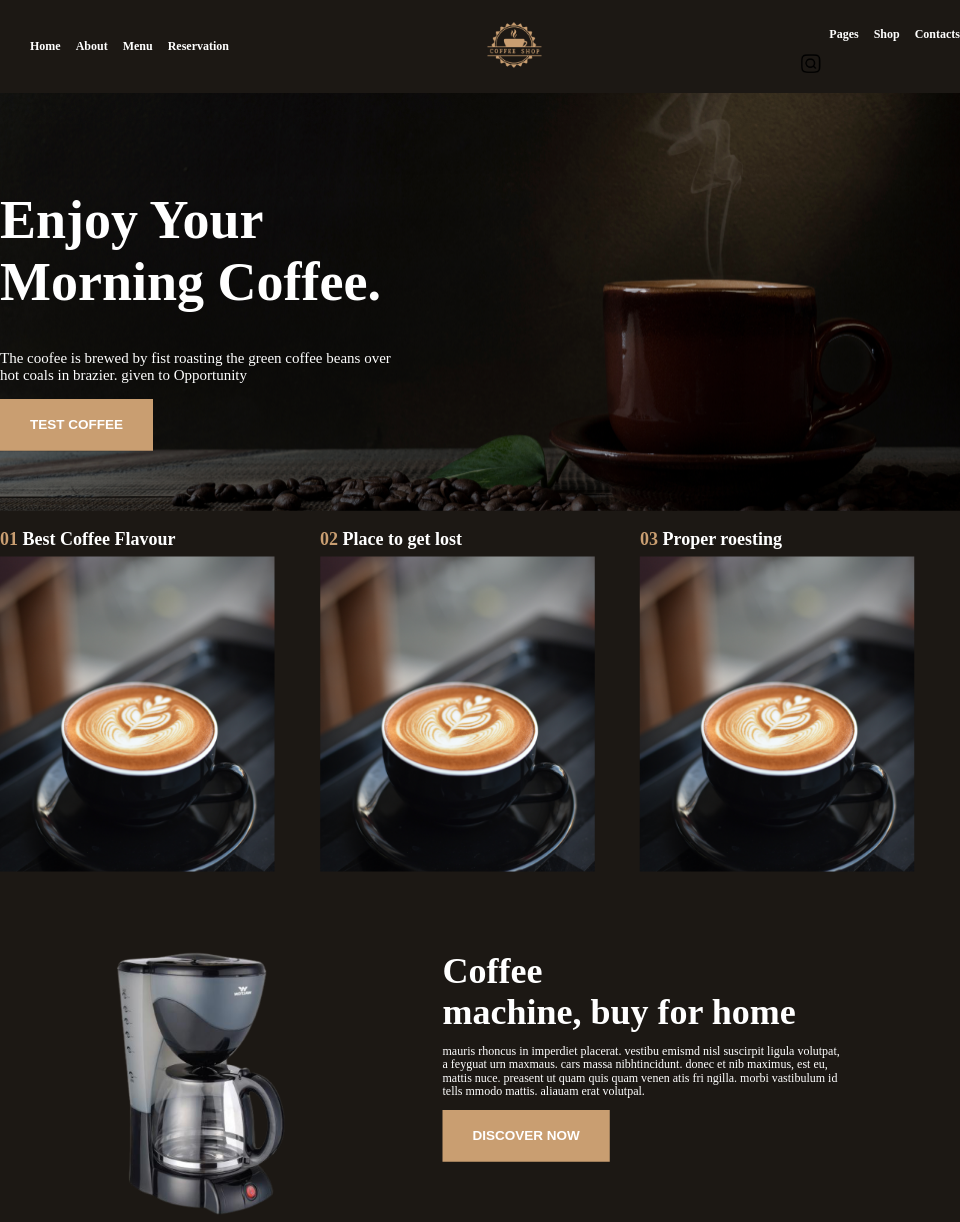
Repository: SitoraRashidova/CoffeShop_Figma
Page: /
The author's editor kept a copy of each file at every save. The page is drawn from the files as they stood at one save, then again after the next save.
The browser window is 1280 px wide. The pictures show the whole page, at 75% of full size.
The project was rebuilt for these pictures with package versions that can differ from the ones it lists, and the page was loaded fresh each time. Also part of the build but not shown: vite.config.js.

Above is the page before, as saved 2024-11-25 00:05:23.

### src/index.css
/* :root {
  font-family: Inter, system-ui, Avenir, Helvetica, Arial, sans-serif;
  line-height: 1.5;
  font-weight: 400;

  color-scheme: light dark;
  color: rgba(255, 255, 255, 0.87);
  background-color: #242424;

  font-synthesis: none;
  text-rendering: optimizeLegibility;
  -webkit-font-smoothing: antialiased;
  -moz-osx-font-smoothing: grayscale;
} */

body{
  margin: 0;
  background-color: #1C1814;
}

*{
  box-sizing: border-box;
}


.container {
  width: 100%;
  max-width: 1296px;
  margin: 0 auto;
}

/* Header uchun style */

.header{
  background-color: #1C1814;
  padding: 20px 0;
}

.header-wrapper{
  display: flex;
  align-items: center;
  justify-content: space-between;
}

.nav-list{
  display: flex;
  align-items: center;
  justify-content: space-between;
  gap: 20px;
}

.nav-list__item{
  list-style: none;
}

.nav-list__item-link{
  color: white;
  text-decoration: none;
  font-weight: 600;
}

.search-box__logo{
  width: 30px;
  height: 30px;
}

/* Hero uchun style */

.hero{
  width: 100%;
  height: auto;
  background-image: url('./assets/hero-logo.png');
  background-size: cover;
  background-repeat: no-repeat;
}

.hero-content{
  width: 100%;
  max-width: 529px;
  padding: 80px 0;
}

.hero-content__title{
  font-size: 72px;
  color: #fff;
}

.hero-content__desc{
  font-size: 20px;
  color: #fff;
}

.hero-btn{
  padding: 24px 40px;
  font-weight: 700;
  font-size: 18px;
  border: none;
  background-color: #C99E71;
  color: #fff;
}

/* type Coffee uchun style */

.type-coffee{
  display: grid;
  grid-template-columns: 1fr 1fr 1fr;
  margin-bottom: 100px;
}

.type-coffee__title{
   font-size: 24px;
   margin-bottom: 10px;
   color: #fff;
}

.type-coffee__title b{
  color: #C99E71;
}

.type-coffee_image{
  width: 366px;
  height: 420px;
}


/* DISCOWER */

.discower-wrapper{
  display: flex;
  justify-content: space-between;
  gap: 80px;
  width: 100%;
  max-width: 970px;
  margin: 0 auto;
}

.discower-wrapper h3{
  margin: 0 0 10px 0;
  font-size: 48px;
  color: white;
}

.discower-wrapper p{
  font-size: 16px;
  color: white;
}

.discover-card{
  width: 100%;
  max-width: 535px;
}

### src/App.jsx
import "./App.css";
import DiscowerCoffee from "./components/discower-coffee";
import Header from "./components/header";
import Hero from "./components/hero";
import TypeCofee from "./components/type-coffee";

function App() {
  return (
    <>
      <Header />
      <Hero />
      <TypeCofee />
      <DiscowerCoffee/>
    </>
  );
}

export default App;

### src/App.css
*{
  box-sizing: border-box;
}

/* Header uchun style */

.container {
  width: 100%;
  max-width: 1296px;
  margin: 0 auto;
}

### src/components/discower-coffee.tsx
import React from "react";
import BlenderImage from '../assets/blender.png'

const DiscowerCoffee = () => {
  return (
    <div className="container">
      <div className="discower-wrapper">
        <div>
          <img src={BlenderImage} alt="Coffee machine, buy for home" />
        </div>
        <div className="discover-card">
          <h3>Coffee <br /> machine, buy for home</h3>
          <p>
            mauris rhoncus in imperdiet placerat. vestibu emismd nisl suscirpit
            ligula volutpat, a feyguat urn maxmaus. cars massa nibhtincidunt.
            donec et nib maximus, est eu, mattis nuce. preasent ut quam quis
            quam venen atis fri ngilla. morbi vastibulum id tells mmodo mattis.
            aliauam erat volutpal.
          </p>
          <button className="hero-btn">DISCOVER NOW</button>
        </div>
      </div>
    </div>
  );
};

export default DiscowerCoffee;

### src/components/header.jsx
import Logo from "../assets/Logo.png";
import SearchLogo from '../assets/search-logo.png'

const Header = () => {
  return (
    <header className="header">
      <div className="container">
        <div className="header-wrapper">
          <nav>
            <ul className="nav-list">
              <li className="nav-list__item">
                <a className="nav-list__item-link" href="/home">
                  Home
                </a>
              </li>
              <li className="nav-list__item">
                <a className="nav-list__item-link" href="/about">
                  About
                </a>
              </li>
              <li className="nav-list__item">
                <a className="nav-list__item-link" href="/menu">
                  Menu
                </a>
              </li>
              <li className="nav-list__item">
                <a className="nav-list__item-link" href="/Reservation">
                  Reservation
                </a>
              </li>
            </ul>
          </nav>
          <div>
            <img src={Logo} alt="web site logo" />
          </div>
          <nav className="">
            <ul className="nav-list">
              <li className="nav-list__item">
                <a className="nav-list__item-link" href="/home">
                  Pages
                </a>
              </li>
              <li className="nav-list__item">
                <a className="nav-list__item-link" href="/about">
                  Shop
                </a>
              </li>
              <li className="nav-list__item">
                <a className="nav-list__item-link" href="/menu">
                  Contacts
                </a>
              </li>
            </ul>
            <div className="search-box">
            <img className="search-box__logo" src={SearchLogo} alt="" />
            </div>
          </nav>
        </div>
      </div>
    </header>
  );
};

export default Header;

### src/components/hero.jsx


const Hero = () => {
  return (
    <div className="hero">
        <div className="container">
           <div className="hero-content">
            <h1 className="hero-content__title">Enjoy Your
            Morning Coffee.</h1>
            <p className="hero-content__desc">The coofee is brewed by fist roasting the green coffee beans over hot coals in brazier. given to Opportunity</p>
            <button className="hero-btn">TEST COFFEE</button>
           </div>
        </div>
    </div>
  )
}

export default Hero

### src/components/type-coffee.jsx
import CoffeeImage from '../assets/coffee-one.png'


const TypeCofee = () => {
  return (
    <div className="container">
        <div className="type-coffee">
            <div>
                <h3 className='type-coffee__title'><b className=''>01</b> Best Coffee Flavour</h3>
                <img className='type-coffee_image' src={CoffeeImage} alt="Best Coffee Flavour" />
            </div>
            <div>
                <h3 className='type-coffee__title'><b className=''>02</b> Place to get lost</h3>
                <img className='type-coffee_image' src={CoffeeImage} alt="Best Coffee Flavour" />
            </div>
            <div>
                <h3 className='type-coffee__title'><b className=''>03</b> Proper roesting</h3>
                <img className='type-coffee_image' src={CoffeeImage} alt="Best Coffee Flavour" />
            </div>
        </div>
    </div>
  )
}

export default TypeCofee

Loaded but not shown: index.html (common file); src/main.jsx (common file)

After the next save:
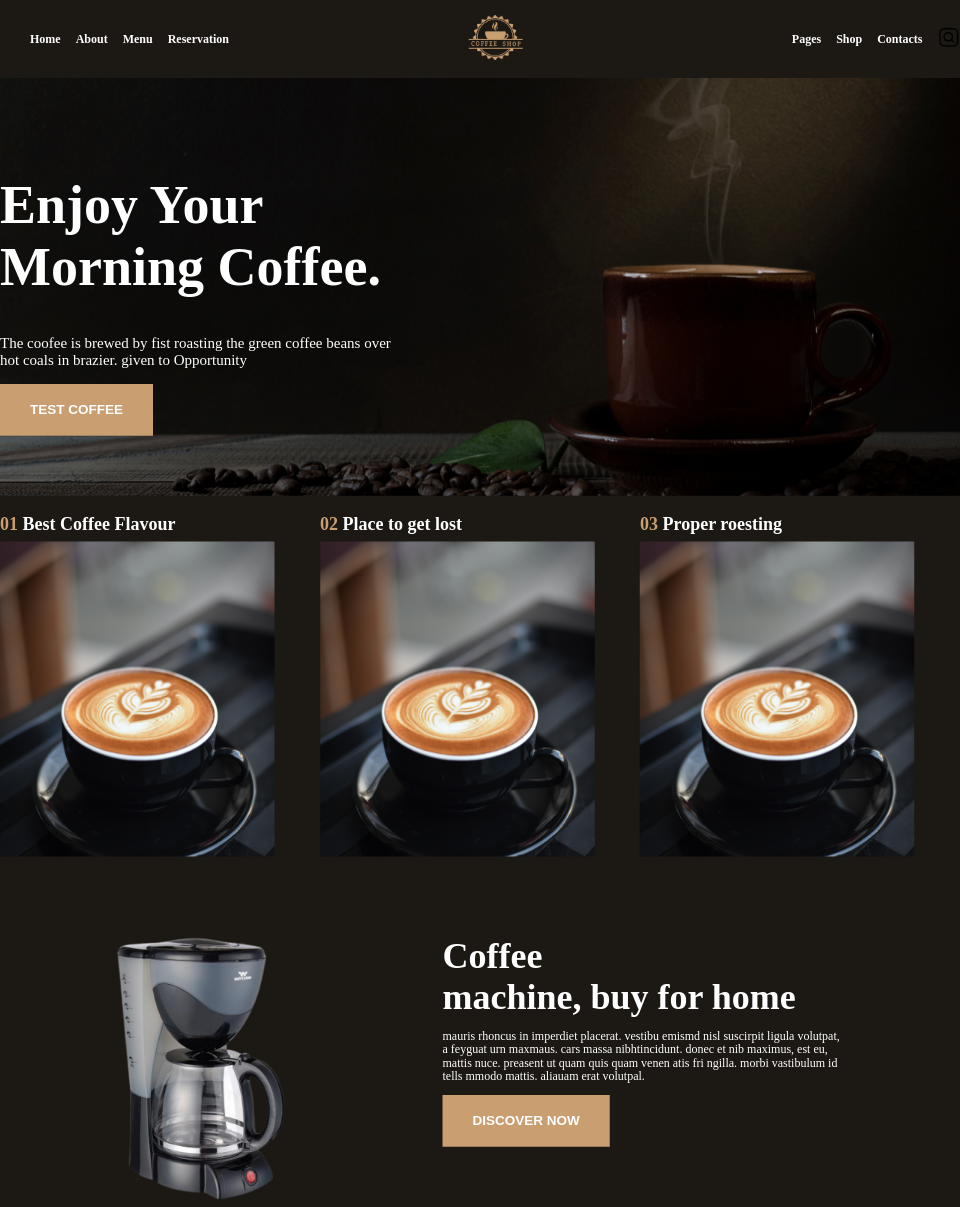
Saved 5 s later.
--- a/src/components/header.jsx
+++ b/src/components/header.jsx
@@ -33,7 +33,7 @@
           <div>
             <img src={Logo} alt="web site logo" />
           </div>
-          <nav className="">
+          <nav className="nav-list">
             <ul className="nav-list">
               <li className="nav-list__item">
                 <a className="nav-list__item-link" href="/home">

After the 2 saves that followed:
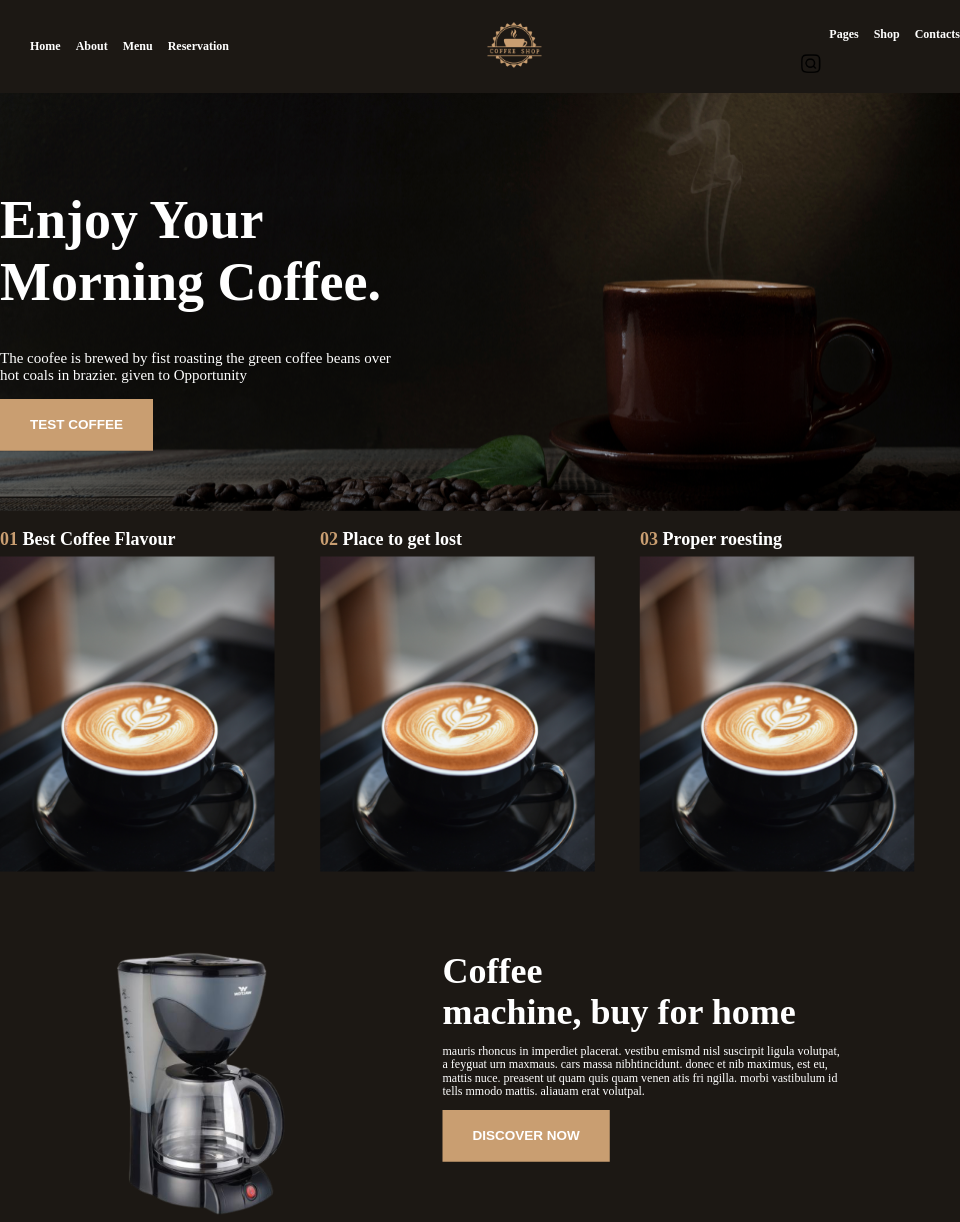
The 2 saves are shown as one change because they came seconds apart.
The last was saved 6 s later.
--- a/src/components/header.jsx
+++ b/src/components/header.jsx
@@ -33,7 +33,7 @@
           <div>
             <img src={Logo} alt="web site logo" />
           </div>
-          <nav className="nav-list">
+          <nav className="navbar">
             <ul className="nav-list">
               <li className="nav-list__item">
                 <a className="nav-list__item-link" href="/home">
